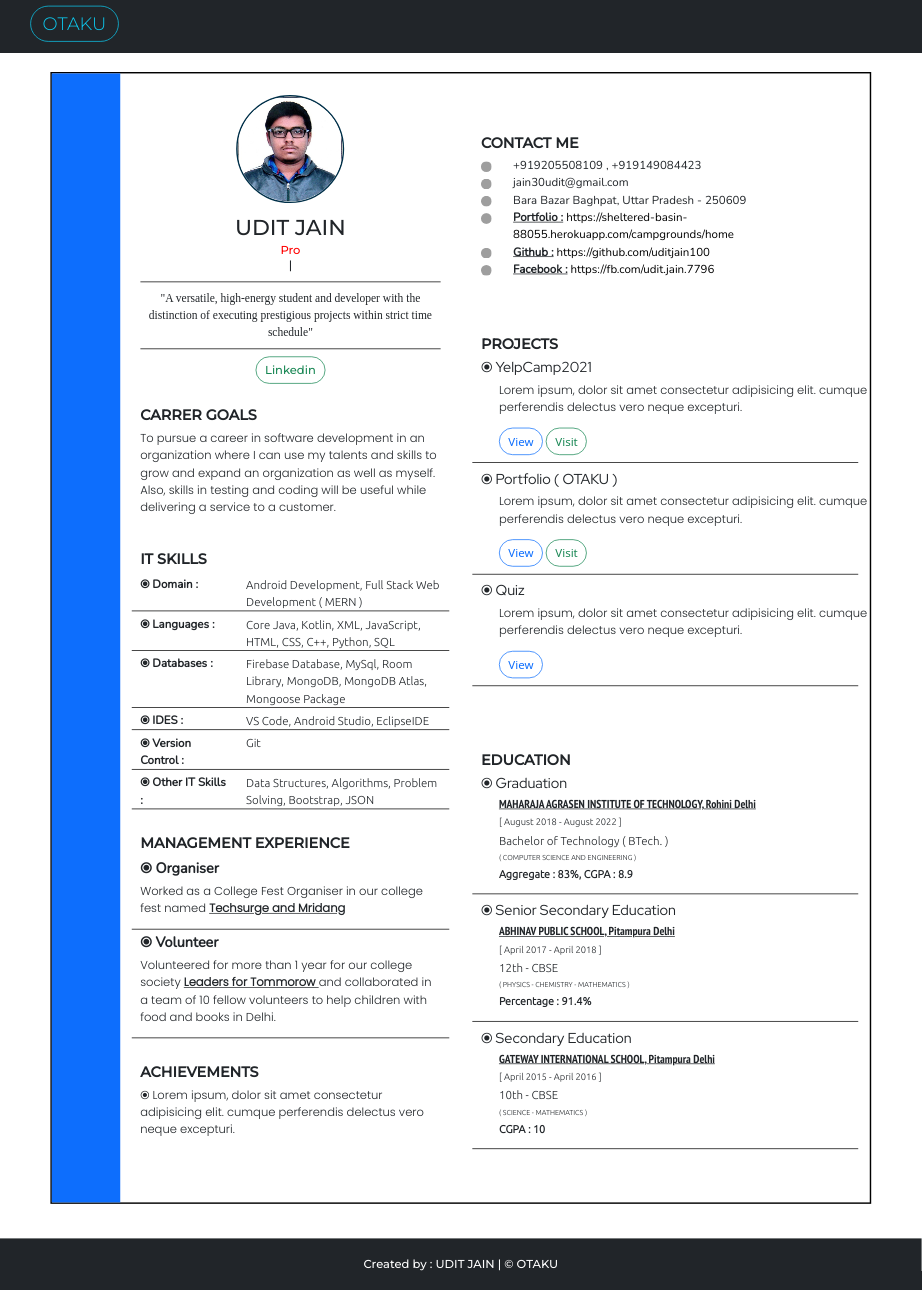
Repository: uditjain100/Responsive-Resume
Page: layouts/index.html
An editor plug-in stored every save of this project. The page is shown before and after the next save, followed by the edit.
The browser window is 1280 px wide. The pictures show the whole page, at 72% of full size.
Pictures or frames that could not be fetched are drawn as grey boxes. Some web fonts or font styles are not loaded; a fallback is used. Some web libraries are served in a nearby version.

Above is the page before, as saved 2021-03-01 20:18:24.

After the next save:
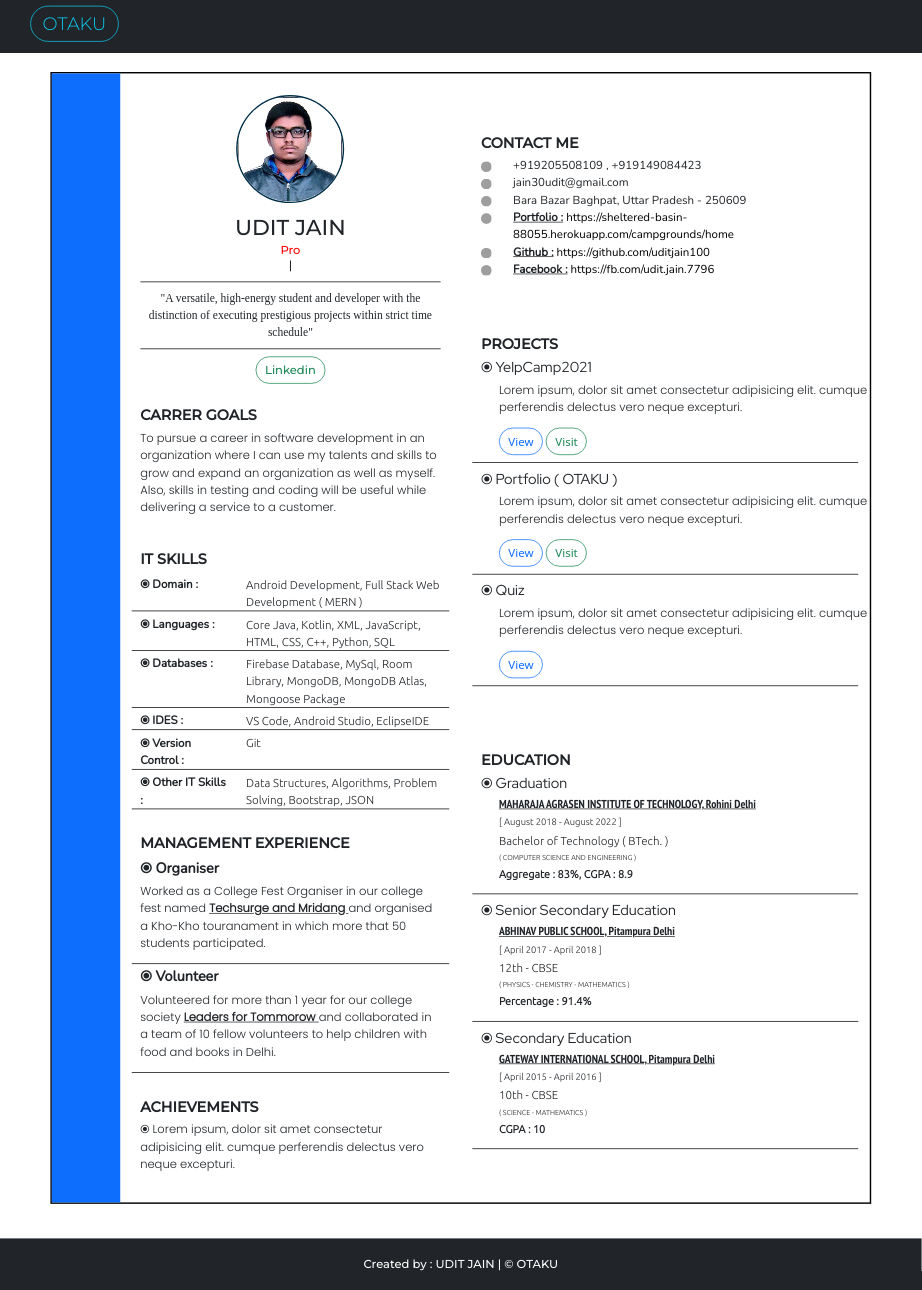
Saved 4 min 14 s later.
--- a/layouts/index.html
+++ b/layouts/index.html
@@ -164,6 +164,8 @@
                     <span style="font-weight: 700; text-decoration: underline"
                       >Techsurge and Mridang
                     </span>
+                    and organised a Kho-Kho touranament in which more that 50
+                    students participated.
                   </p>
                 </li>
                 <li id="managementskillsitem" class="row">
